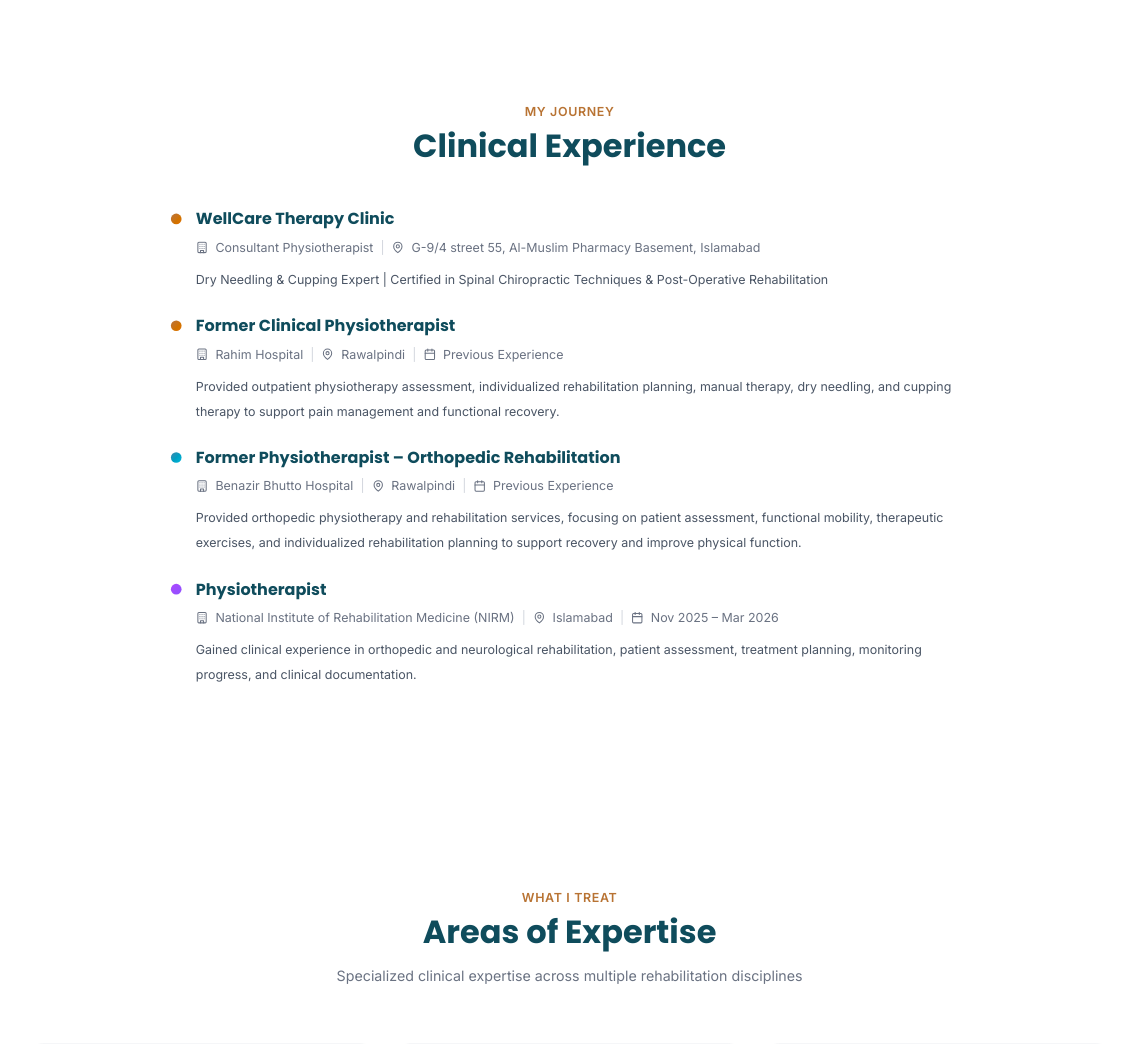
Repository: DaniGull01/dr_ghazala_mushtaq
Page: /
These files come from the project's save history. The page is drawn as it stood at one moment and after the next save; the edit follows.
The browser window is 1280 px wide. The pictures show the part of the page from y = 2218 to 3391 px (the page is 12795 px tall before and 11405 px after), at 89% of full size.
Pictures or frames that could not be fetched are drawn as grey boxes. The project was rebuilt for these pictures with package versions that can differ from the ones it lists, and the page was loaded fresh each time. Also part of the build but not shown: vite.config.js.

Above is the page before, as saved 2026-10-21 20:53:44.

After the next save:
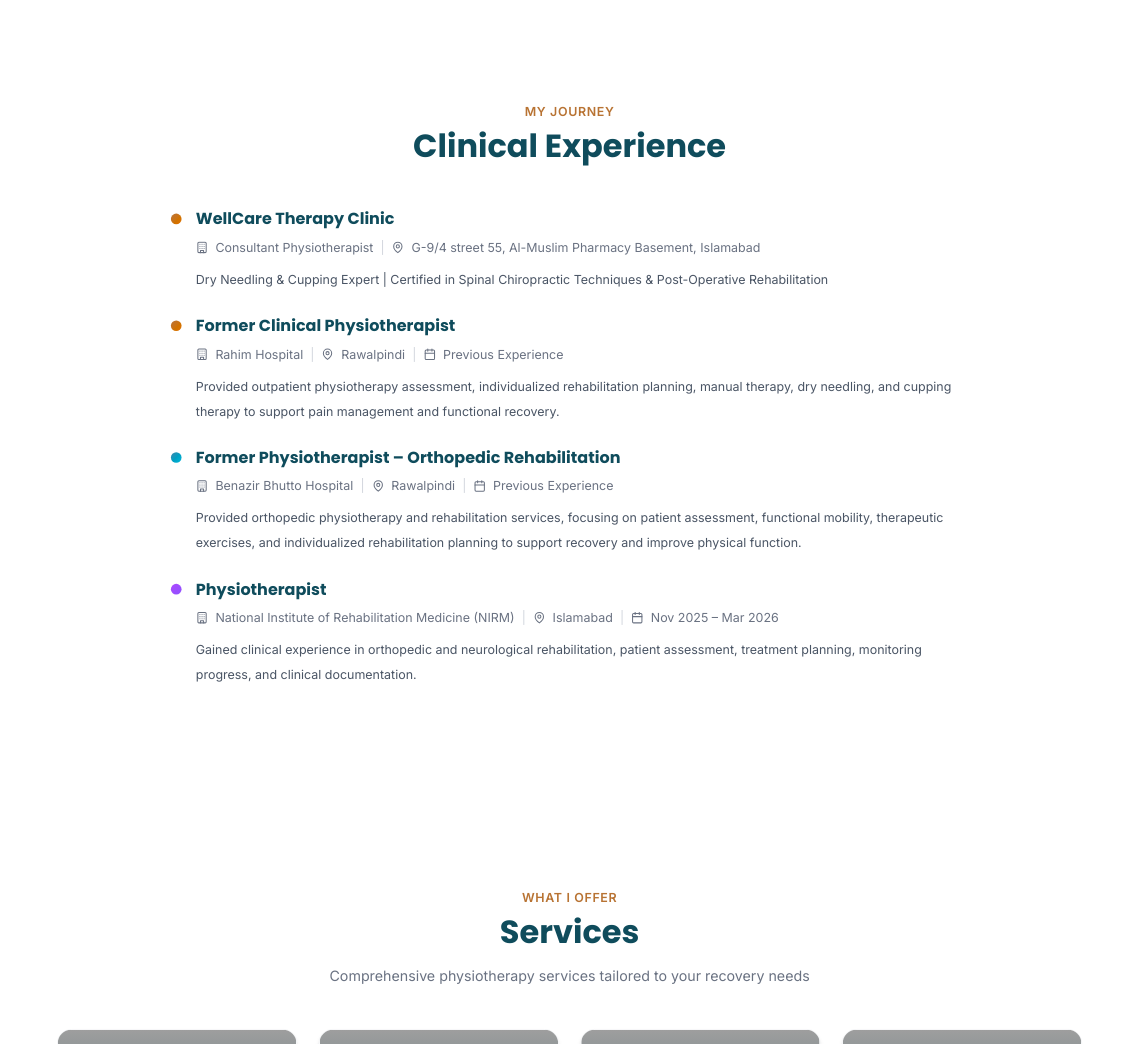
Saved 4 min 5 s later.
--- a/src/App.jsx
+++ b/src/App.jsx
@@ -21,7 +21,6 @@ export default function App() {
       <Hero />
       <About />
       <Experience />
-      <Expertise />
       <Services />
 
       <Certifications />
